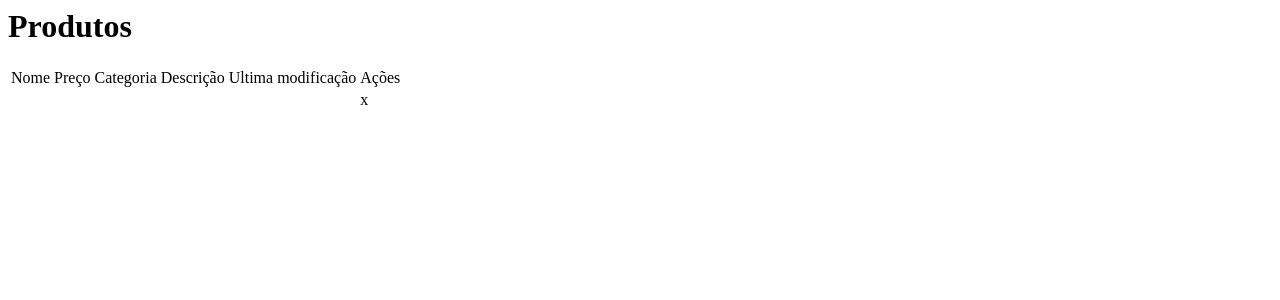
Repository: organicos/organicos.github.io
Page: partials/products/products.html
The author's editor kept a record of every edit. The page is drawn from the files as they stood at one moment, then again after the next edit.
The browser window is 1280 px wide. The pictures show the whole page.

Above is the page before.

After the next edit:
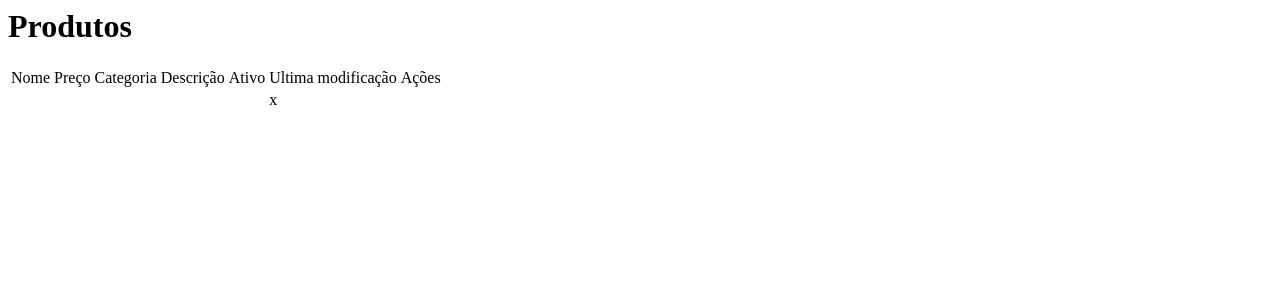
The edit:
--- a/partials/products/products.html
+++ b/partials/products/products.html
@@ -7,6 +7,7 @@
             <td>Preço</td>
             <td>Categoria</td>
             <td>Descrição</td>
+            <td>Ativo</td>
             <td>Ultima modificação</td>
             <td>Ações</td>
         </tr>
